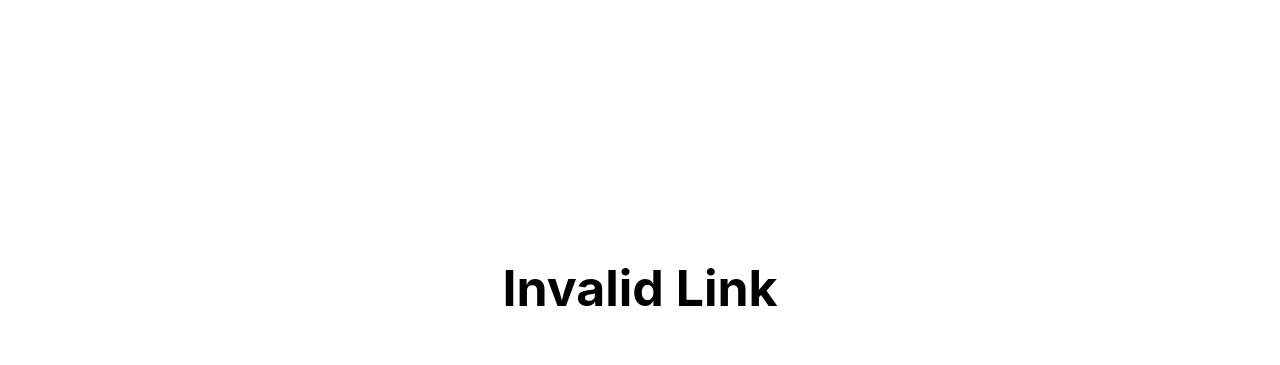
Repository: SaudCh/Web-Mid-Exams
Page: /error
An editor plug-in stored every save of this project. The page is shown before and after the next save, followed by the edit.
The browser window is 1280 px wide. The pictures show the whole page.
The project was rebuilt for these pictures with package versions that can differ from the ones it lists, and the page was loaded fresh each time. Also part of the build but not shown: src/Home/home.jsx.

Above is the page before, as saved 2021-11-22 00:19:22.

After the next save:
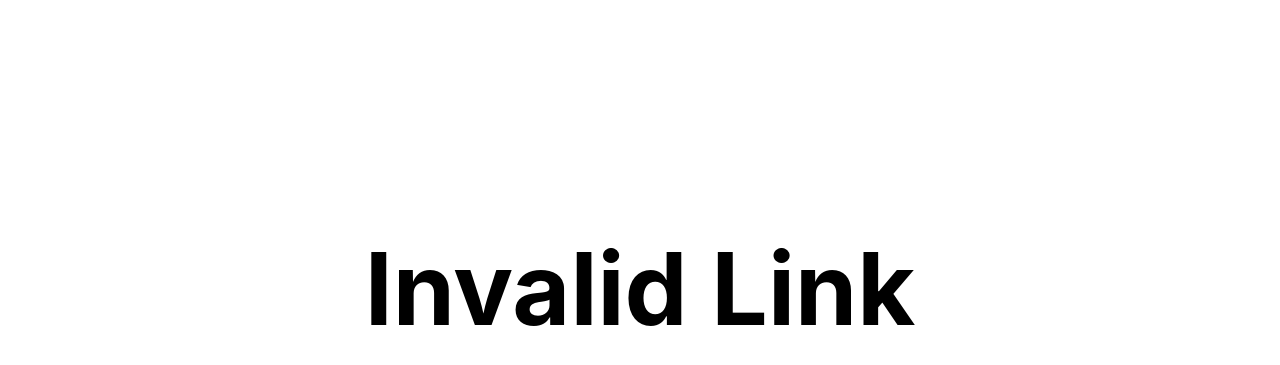
Saved 7 s later.
--- a/src/Error/error.jsx
+++ b/src/Error/error.jsx
@@ -10,7 +10,7 @@
         justifyContent: "center",
       }}
     >
-      <h1 style={{ fontSize: 50 }}>Invalid Link</h1>
+      <h1 style={{ fontSize: 100 }}>Invalid Link</h1>
     </div>
   );
 }
